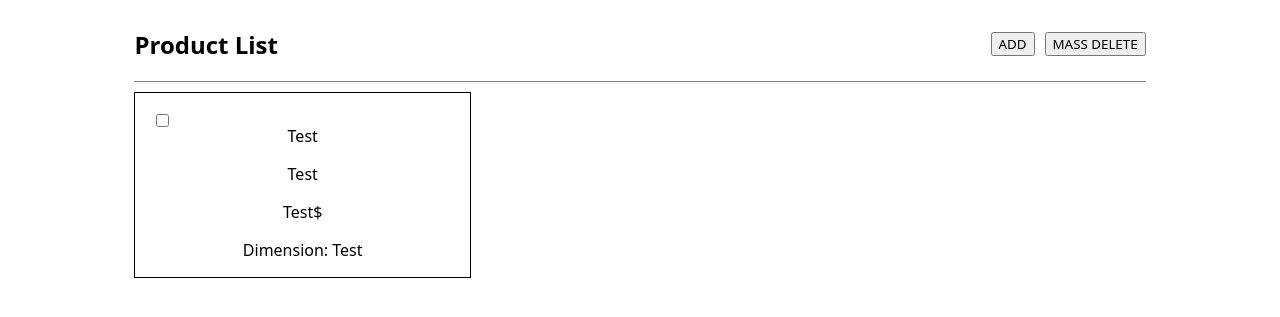
Repository: gabyto19/scandiweb
Page: http://localhost/
These files come from the project's save history. The page is drawn as it stood at one moment and after the next save; the edit follows.
The browser window is 1280 px wide. The pictures show the whole page.
The page is run by PHP 8.4 with error messages shown; the project is at /var/www/html/.

Above is the page before, as saved 2023-03-07 18:32:34.

### index.php
<!DOCTYPE html>
<html lang="en">

<head>
  <meta charset="UTF-8" />
  <meta name="viewport" content="width=device-width, initial-scale=1.0" />
  <title>Vue Basics</title>
  <link href="https://fonts.googleapis.com/css2?family=Jost:wght@400;700&display=swap" rel="stylesheet" />
  <link rel="stylesheet" href="styles.css" />
  <script src="https://unpkg.com/vue@next" defer></script>
  <script src="https://unpkg.com/vue@3/dist/vue.global.js"></script>
</head>

<body>
  <section id="app">
    <nav>
      <h2>Product List</h2>
      <div class="rightButtons">
        <button><a style="text-decoration: none; color: black" href="addPage.php">ADD</a>
        </button>
        <button class="delete-checkbox" id="delete-product-btn">MASS DELETE</button>
      </div>
    </nav>


    <div class="grid-container">
      <div>
        <input type="checkbox" id="delete-checkbox" class="delete-checkbox" />
        <p>Test</p>
        <p>Test</p>
        <p>Test$</p>
        <p>Dimension: Test</p>
      </div>
    </div>
  </section>

  <script src="https://unpkg.com/vue@3/dist/vue.global.js"></script>
  <script src="index.js"></script>

</body>

</html>
<style scoped>
  .rightButtons button:first-child {
    margin-right: 10px;
  }

  .grid-container {
    display: grid;
    grid-template-columns: auto auto auto auto;
    gap: 10px;
    padding: 10px;
    width: 80%;
    margin: auto;
  }

  .grid-container>div {
    text-align: center;
    border: solid 1px;
  }
  .grid-container input{
    display: block;
    position: relative;
    left: 5%;
    top: 10%;
  }
</style>

### styles.css
nav {
    width: 80%;
    display: flex;
    justify-content: space-between;
    align-items: center;
    margin: auto;
    border-bottom: solid 1px gray;
  }

  * {
    font-family: system-ui;
  }

### index.js
Vue.createApp({
  data() {
    return {
      sku:"",
      name:"",
      price:"",
      dimension:"",
    };
  },
}).mount("#app");

After the next save:
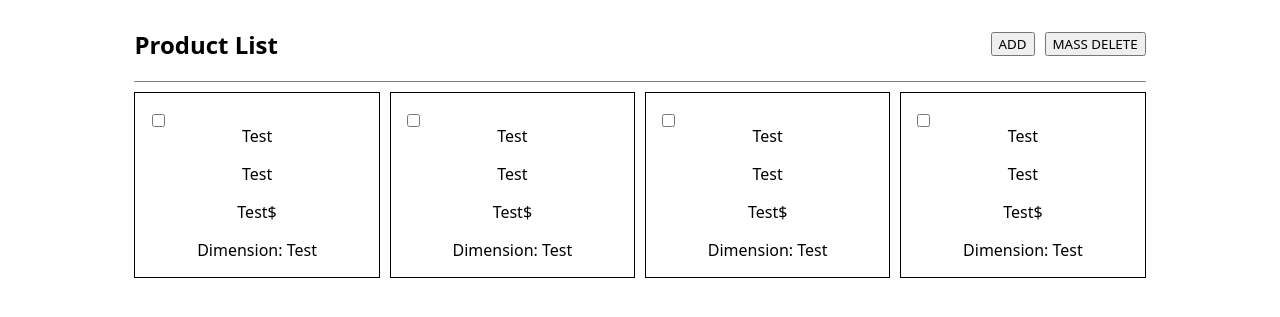
Saved 102 s later.
--- a/index.php
+++ b/index.php
@@ -24,6 +24,27 @@
 
 
     <div class="grid-container">
+      <div>
+        <input type="checkbox" id="delete-checkbox" class="delete-checkbox" />
+        <p>Test</p>
+        <p>Test</p>
+        <p>Test$</p>
+        <p>Dimension: Test</p>
+      </div>
+      <div>
+        <input type="checkbox" id="delete-checkbox" class="delete-checkbox" />
+        <p>Test</p>
+        <p>Test</p>
+        <p>Test$</p>
+        <p>Dimension: Test</p>
+      </div>
+      <div>
+        <input type="checkbox" id="delete-checkbox" class="delete-checkbox" />
+        <p>Test</p>
+        <p>Test</p>
+        <p>Test$</p>
+        <p>Dimension: Test</p>
+      </div>
       <div>
         <input type="checkbox" id="delete-checkbox" class="delete-checkbox" />
         <p>Test</p>
